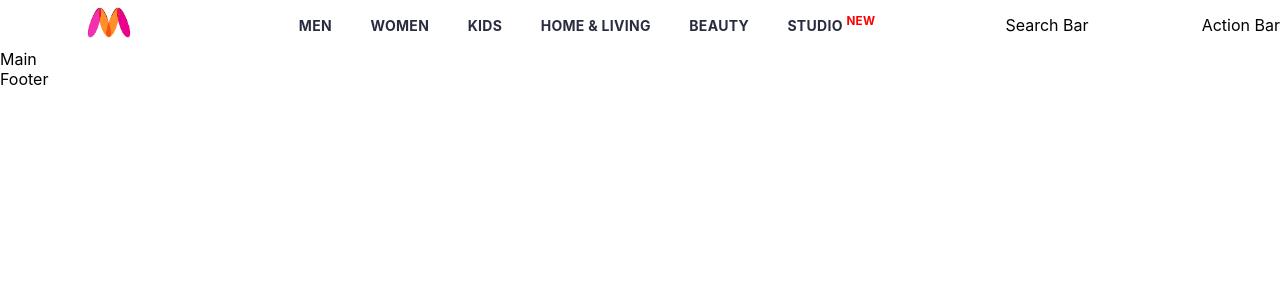
Repository: nihalani20/CSS-by-KG
Page: Myntra clone/inex.html
These files come from the project's save history. The page is drawn as it stood at one moment and after the next save; the edit follows.
The browser window is 1280 px wide. The pictures show the whole page.

Above is the page before, as saved 2023-12-01 13:29:54.

### Myntra clone/inex.html
<!DOCTYPE html>
<html lang="en">
<head>
    <meta charset="UTF-8">
    <meta name="viewport" content="width=device-width, initial-scale=1.0">
    <title>Myntra Clone project</title>
    <link rel="stylesheet" href="styles.css">
</head>
<body>
    <header>
        <div class="logo_container">
          <a href="#"> <img class="myntra_logoimg" src="images/download.png" alt="Myntra logo"></div></a>
        <nav class="nav_bar">
            <a href="#">Men</a>
            <a href="#">Women</a>
            <a href="#">Kids</a>
            <a href="#">Home & Living</a>
            <a href="#">Beauty</a>
            <a href="#">Studio <sup>New</sup></a>
        </nav>
        <div class="searchbar_container">Search Bar
            <div class="searchbar_icon"></div>
            <div class="searchbar_input"></div>
        </div>
        <div class="action_container">Action Bar
            <div class="action_items"></div>
        </div>



    </header>
    <main>Main</main>
    <footer>Footer</footer>
</body>
</html>

### Myntra clone/styles.css
*{
    margin: 0;
    padding: 0;
        font-family: Assistant, -apple-system, BlinkMacSystemFont, Segoe UI, Roboto, Helvetica, Arial, sans-serif;
            -webkit-font-smoothing: antialiased;
}

header{
    display: flex;
    justify-content: space-between;
    align-items:center ;
    background-color:#ffffff;
}
.myntra_logoimg{
   height: 45px;
    }

.logo_container{
    margin-left: 4%;
}

.action_container{

}


 .nav_bar{
   border-bottom: #ffffff;
 }

header nav a{
    text-decoration: none ;
    text-transform: uppercase;
     padding: 0 17px 28px;
    font-size: 14px;
    letter-spacing: .3px;
     color: #282c3f;
     border-bottom: none;
     font-weight: 700;
}

header nav a sup{color:red;}

After the next save:
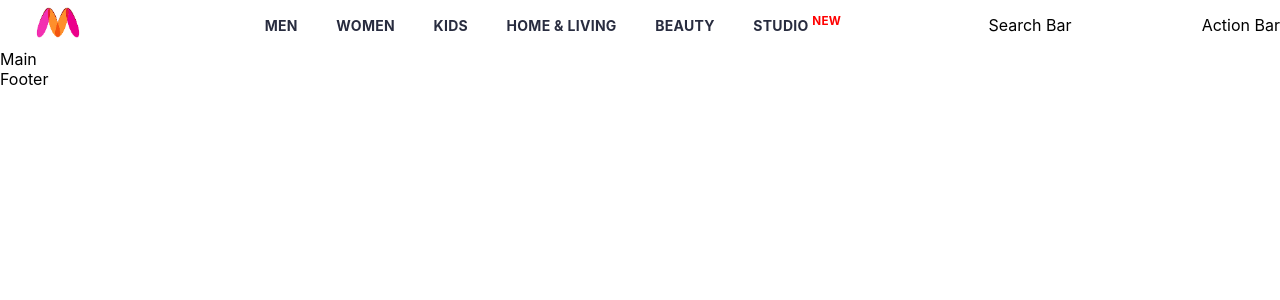
Saved 8 s later.
--- a/Myntra clone/styles.css
+++ b/Myntra clone/styles.css
@@ -16,7 +16,7 @@
     }
 
 .logo_container{
-    margin-left: 4%;
+
 }
 
 .action_container{
